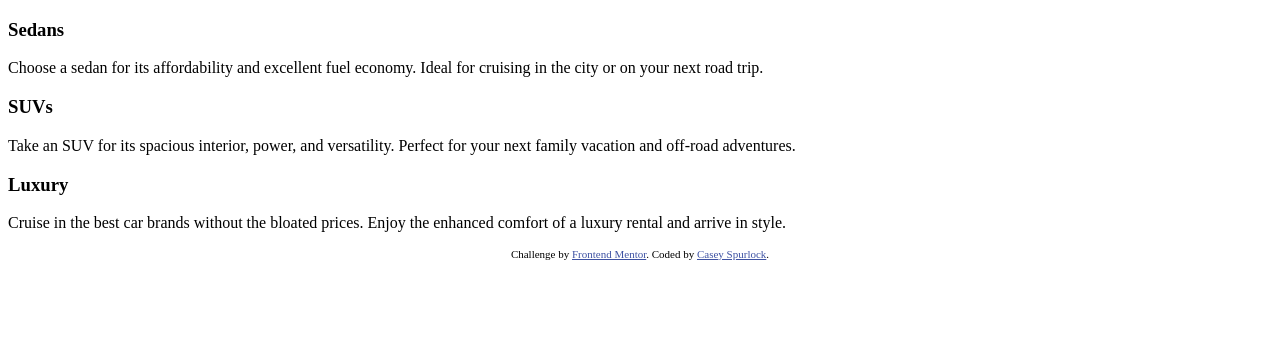
Repository: CaseySpurlock/3-column-preview-card-component-main
Page: index.html
These files come from the project's save history. The page is drawn as it stood at one moment and after the next save; the edit follows.
The browser window is 1280 px wide. The pictures show the whole page.

Above is the page before, as saved 2021-06-23 10:04:37.

After the next save:
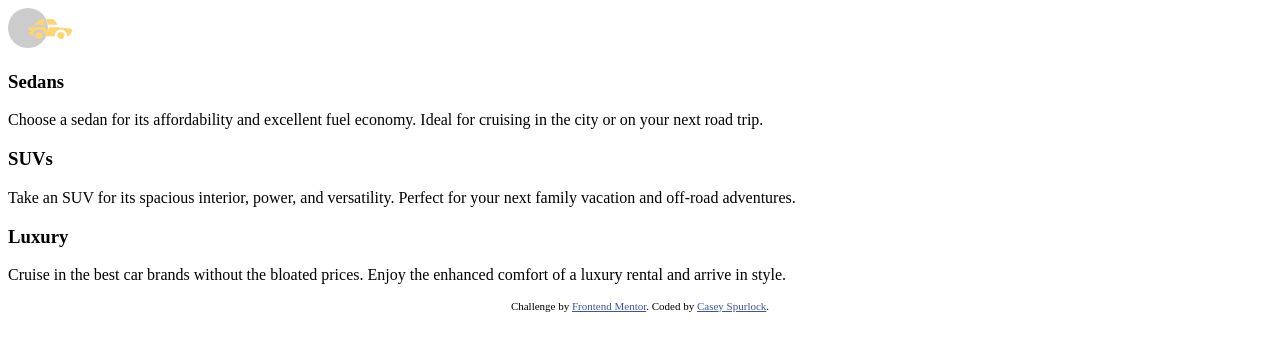
Saved 93 s later.
--- a/index.html
+++ b/index.html
@@ -14,6 +14,8 @@
 
   <div class="container">
     <div class="card">
+      <img src="./images/icon-sedans.svg" alt="">
+
       <h3>Sedans</h3>
 
       <p>Choose a sedan for its affordability and excellent fuel economy. Ideal for cruising in the city
